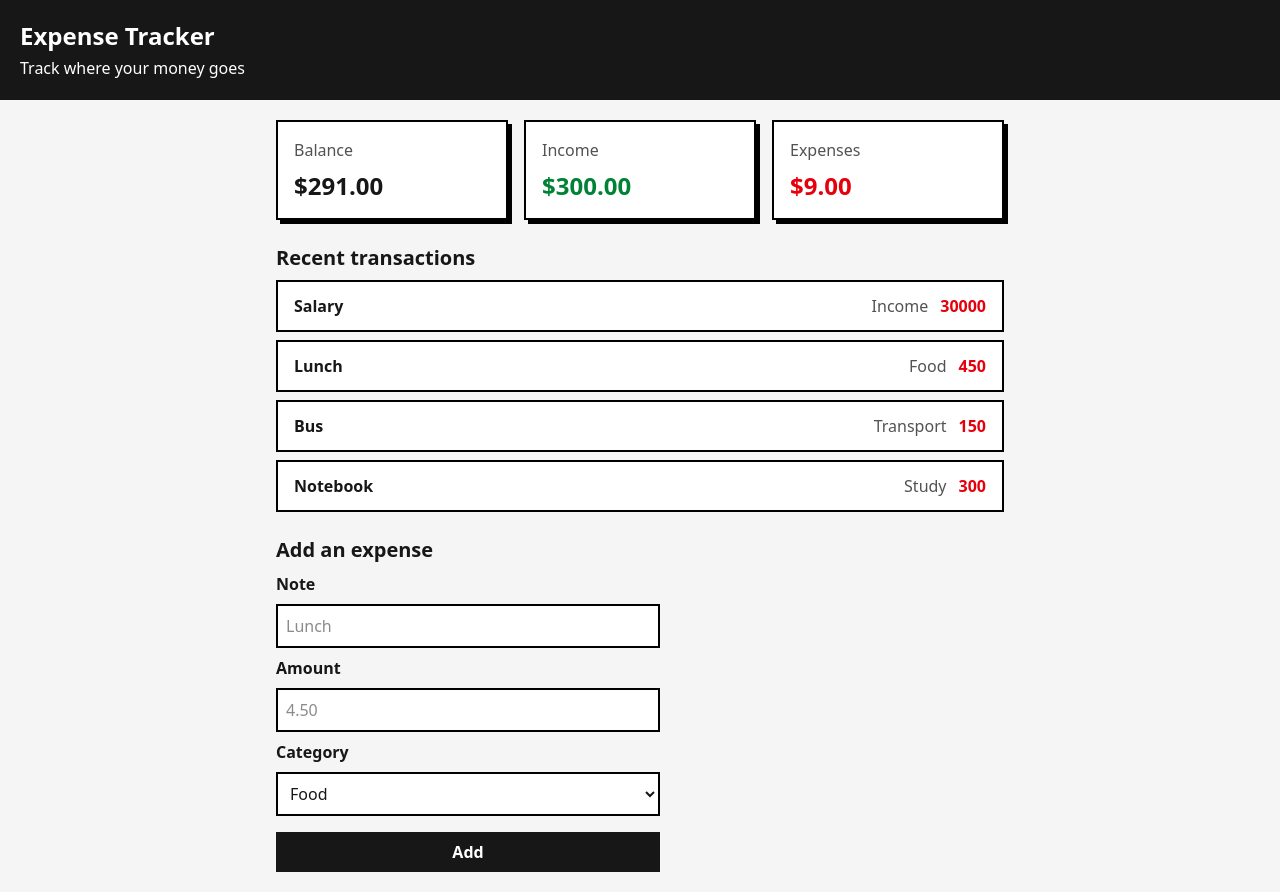
Repository: Keanbunheng/html-basics-Day1_AI
Page: expense-tracker-w2-d4-start/index.html
An editor plug-in stored every save of this project. The page is shown before and after the next save, followed by the edit.
The browser window is 1280 px wide. The pictures show the whole page.

Above is the page before, as saved 2026-11-17 21:08:33.

### expense-tracker-w2-d4-start/index.html
<!doctype html>
<html lang="en">
  <head>
    <meta charset="UTF-8" />
    <meta name="viewport" content="width=device-width, initial-scale=1.0" />
    <title>Expense Tracker</title>
    <script src="https://cdn.jsdelivr.net/npm/@tailwindcss/browser@4.1.18"></script>
  </head>
  <body class="bg-neutral-100 text-neutral-900">
    <header class="bg-neutral-900 p-5 text-white">
      <h1 class="mb-1 text-2xl font-bold">Expense Tracker</h1>
      <p>Track where your money goes</p>
    </header>

    <main class="mx-auto max-w-3xl p-5">
      <section class="mb-6 flex flex-col gap-4 sm:flex-row">
        <div
          class="flex-1 border-2 border-black bg-white p-4 shadow-[4px_4px_0_#000]"
        >
          <p class="mb-2 text-neutral-600">Balance</p>
          <p class="text-2xl font-bold">$291.00</p>
        </div>
        <div
          class="flex-1 border-2 border-black bg-white p-4 shadow-[4px_4px_0_#000]"
        >
          <p class="mb-2 text-neutral-600">Income</p>
          <p class="text-2xl font-bold text-green-700">$300.00</p>
        </div>
        <div
          class="flex-1 border-2 border-black bg-white p-4 shadow-[4px_4px_0_#000]"
        >
          <p class="mb-2 text-neutral-600">Expenses</p>
          <p class="text-2xl font-bold text-red-600">$9.00</p>
        </div>
      </section>

      <section class="mb-6">
        <h2 class="mb-2 text-xl font-bold">Recent transactions</h2>
        <ul id="list-container">
          <li
            class="mb-2 flex flex-col gap-1 border-2 border-black bg-white px-4 py-3 sm:flex-row sm:justify-between sm:gap-3"
          >
            <span class="flex-1 font-semibold">Salary</span>
            <span class="text-neutral-600">Income</span>
            <span class="font-bold text-green-700">+$300.00</span>
          </li>
          <li
            class="mb-2 flex flex-col gap-1 border-2 border-black bg-white px-4 py-3 sm:flex-row sm:justify-between sm:gap-3"
          >
            <span class="flex-1 font-semibold">Lunch</span>
            <span class="text-neutral-600">Food</span>
            <span class="font-bold text-red-600">-$4.50</span>
          </li>
          <li
            class="mb-2 flex flex-col gap-1 border-2 border-black bg-white px-4 py-3 sm:flex-row sm:justify-between sm:gap-3"
          >
            <span class="flex-1 font-semibold">Bus</span>
            <span class="text-neutral-600">Transport</span>
            <span class="font-bold text-red-600">-$1.50</span>
          </li>
          <li
            class="mb-2 flex flex-col gap-1 border-2 border-black bg-white px-4 py-3 sm:flex-row sm:justify-between sm:gap-3"
          >
            <span class="flex-1 font-semibold">Notebook</span>
            <span class="text-neutral-600">Study</span>
            <span class="font-bold text-red-600">-$3.00</span>
          </li>
        </ul>
      </section>

      <section>
        <h2 class="mb-2 text-xl font-bold">Add an expense</h2>
        <form class="flex max-w-sm flex-col gap-2" id="input">
          <label for="note" class="font-semibold">Note</label>
          <input
            id="note"
            type="text"
            placeholder="Lunch"
            class="border-2 border-black bg-white p-2"
          />

          <label for="amount" class="font-semibold">Amount</label>
          <input
            id="amount"
            type="number"
            step="0.01"
            placeholder="4.50"
            class="border-2 border-black bg-white p-2"
          />

          <label for="category" class="font-semibold">Category</label>
          <select id="category" class="border-2 border-black bg-white p-2">
            <option>Food</option>
            <option>Transport</option>
            <option>Study</option>
            <option>Other</option>
          </select>

          <button
            type="submit"
            class="mt-2 bg-neutral-900 p-2 font-semibold text-white"
            id="Button"
          >
            Add
          </button>
        </form>
      </section>
    </main>
    <script src="app.js"></script>
  </body>
</html>

### expense-tracker-w2-d4-start/app.js
const transactions = [
  {
    id: 1,
    note: 'Salary',
    category: 'Income',
    type: 'income',
    amountCents: 30000,
  },
  { id: 2, note: 'Lunch', category: 'Food', type: 'expense', amountCents: 450 },
  {
    id: 3,
    note: 'Bus',
    category: 'Transport',
    type: 'expense',
    amountCents: 150,
  },
  {
    id: 4,
    note: 'Notebook',
    category: 'Study',
    type: 'expense',
    amountCents: 300,
  },
];

function formatMoney(cents) {
  const sign = cents < 0 ? '-' : '';
  return sign + '$' + (Math.abs(cents) / 100).toFixed(2);
}

function totalCents(list) {
  return list.reduce((sum, tx) => sum + tx.amountCents, 0);
}

function filterByCategory(list, category) {
  return list.filter((tx) => tx.category === category);
}

function filterByType(list, type) {
  return list.filter((tx) => tx.type === type);
}

function summarize(list) {
  const incomeCents = totalCents(filterByType(list, 'income'));
  const expensesCents = totalCents(filterByType(list, 'expense'));
  return {
    incomeCents: incomeCents,
    expensesCents: expensesCents,
    balanceCents: incomeCents - expensesCents,
  };
}

function addTransaction(list, tx) {
  return [...list, tx];
}

// Practice 2 — the AI's totalExpenses, reviewed and fixed:
// whole cents, no off-by-one loop, no duplicated work.
function totalExpenses(list) {
  return totalCents(filterByType(list, 'expense'));
}

const notes = transactions.map((tx) => tx.note);

console.log(formatMoney(transactions[1].amountCents));

// ----- Checks -----
function check(name, actual, expected) {
  const ok = actual === expected;
  console.log(
    ok ? '✓' : '✗',
    name,
    ok ? '' : `(expected ${expected}, got ${actual})`,
  );
}

check('format 450', formatMoney(450), '$4.50');
check('total of all', totalCents(transactions), 30900);
check('Food count', filterByCategory(transactions, 'Food').length, 1);
check('expense count', filterByType(transactions, 'expense').length, 3);
check('balance', summarize(transactions).balanceCents, 29100);
check(
  'new length',
  addTransaction(transactions, {
    id: 5,
    note: 'Coffee',
    category: 'Food',
    type: 'expense',
    amountCents: 250,
  }).length,
  5,
);
check('notes', notes.join(','), 'Salary,Lunch,Bus,Notebook');
check('total expenses', totalExpenses(transactions), 900);

// Edge cases
check('total of empty list', totalCents([]), 0);
check('total expenses of empty list', totalExpenses([]), 0);
check('original list not changed', transactions.length, 4); // after addTransaction

const lists = document.querySelector('#list-container');
lists.innerHTML = transactions
  .map((ele) => {
    let isExpense = true;
    if (ele.type != 'expense') {
      isExpense = false;
    }
    return `
  <li class="mb-2 flex flex-col gap-1 border-2 border-black bg-white px-4 py-3 sm:flex-row sm:justify-between sm:gap-3">
    <span class="flex-1 font-semibold">${ele.note}</span>
    <span class="text-neutral-600">${ele.category}</span>
    <span class="font-bold text-red-600">${ele.amountCents}</span>
  </li>
`;
  })
  .join('');

console.log(lists);

After the next save:
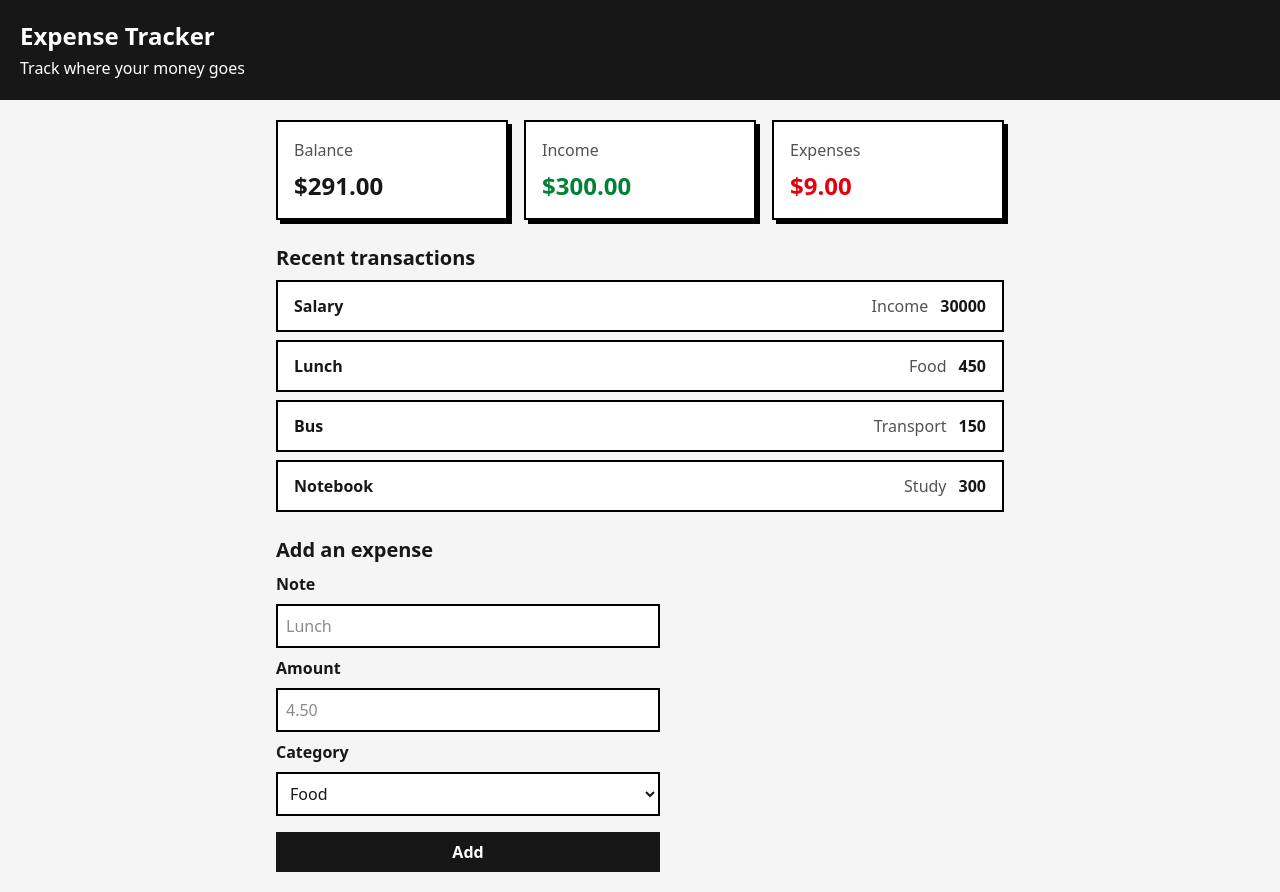
Saved 6 s later.
--- a/expense-tracker-w2-d4-start/app.js
+++ b/expense-tracker-w2-d4-start/app.js
@@ -109,7 +109,7 @@ lists.innerHTML = transactions
   <li class="mb-2 flex flex-col gap-1 border-2 border-black bg-white px-4 py-3 sm:flex-row sm:justify-between sm:gap-3">
     <span class="flex-1 font-semibold">${ele.note}</span>
     <span class="text-neutral-600">${ele.category}</span>
-    <span class="font-bold text-red-600">${ele.amountCents}</span>
+    <span class="font-bold ">${ele.amountCents}</span>
   </li>
 `;
   })
